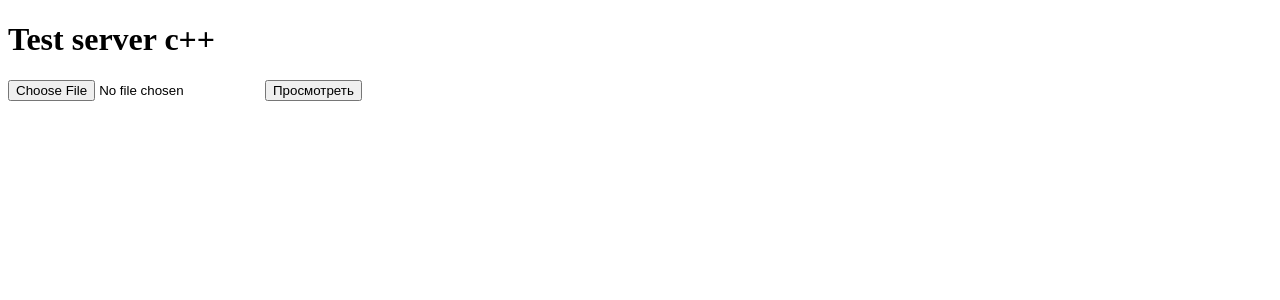
Repository: Predkor/OC
Page: main.html
An editor plug-in stored every save of this project. The page is shown before and after the next save, followed by the edit.
The browser window is 1280 px wide. The pictures show the whole page.

Above is the page before, as saved 2024-09-23 16:03:40.

After the next save:
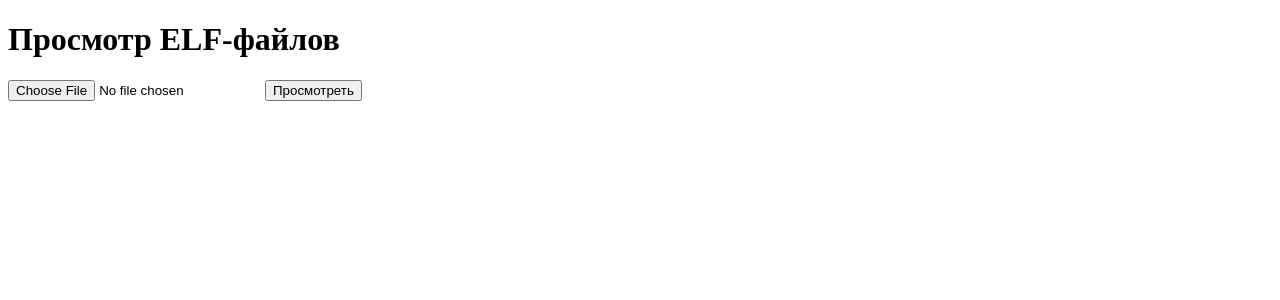
Saved 38 s later.
--- a/main.html
+++ b/main.html
@@ -6,7 +6,7 @@
     <title>Document</title>
 </head>
 <body>
-    <h1>Test server c++</h1>
+    <h1>Просмотр ELF-файлов</h1>
 
     <form action="/upload">
         <input type="file" name="input_file" id="inputFile">
